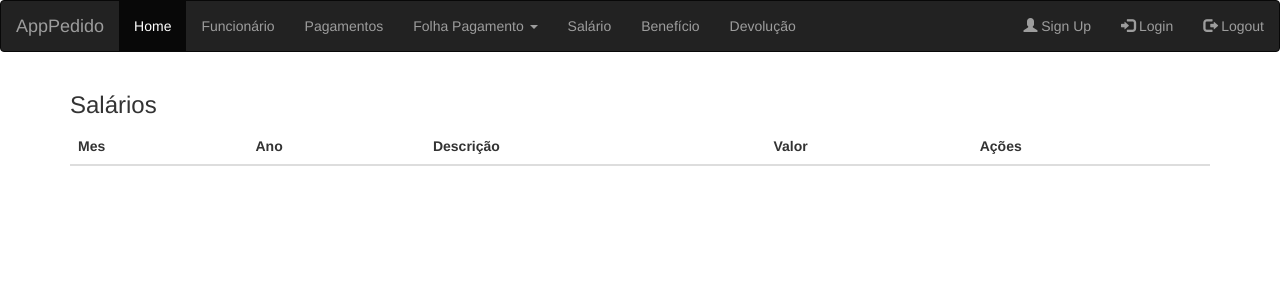
Repository: pauloEzequiel/AppFolha
Page: http://localhost/appfolha/WEB-INF/jsp/salario/lista.jsp
These files come from the project's save history. The page is drawn as it stood at one moment and after the next save; the edit follows.
The browser window is 1280 px wide. The pictures show the whole page.
The page is served by Tomcat 9. Nobody is signed in. The template is opened directly, without the code that normally fills it, so the values that code supplies are empty.

Above is the page before, as saved 2022-11-13 01:39:37.

After the next save:
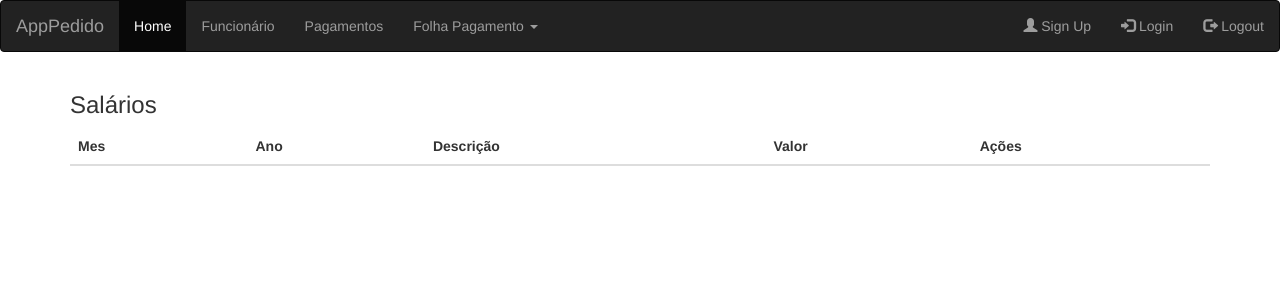
Saved 67 s later.
--- a/appfolha/src/main/webapp/WEB-INF/jsp/menu.jsp
+++ b/appfolha/src/main/webapp/WEB-INF/jsp/menu.jsp
@@ -29,15 +29,6 @@
 						<li><a class="nav-link" href="/folhaPagamento/lista">Todas</a></li>
 					</ul>
 	      </li>
-	      <li class="nav-item">
-	        <a class="nav-link" href="/salario/lista">Salário</a>
-	      </li>
-	      <li class="nav-item">
-	        <a class="nav-link" href="/beneficio/lista">Benefício</a>
-	      </li>
-	      <li class="nav-item">
-	        <a class="nav-link" href="/devolucao/lista">Devolução</a>
-	      </li>
     </ul>
     <ul class="nav navbar-nav navbar-right">
       <li><a href="/usuario"><span class="glyphicon glyphicon-user"></span> Sign Up</a></li>
